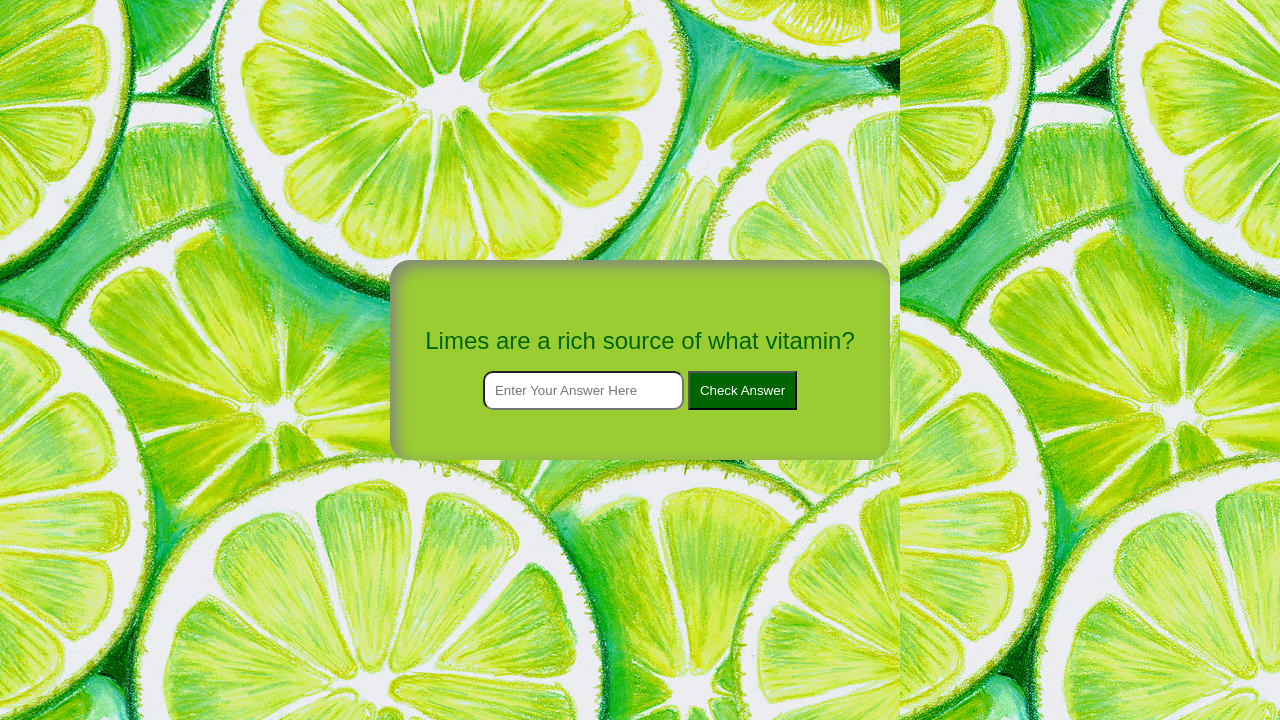
Repository: Joseph061200/Dynamic_Lab2
Page: joseph.html
An editor plug-in stored every save of this project. The page is shown before and after the next save, followed by the edit.
The browser window is 1280 px wide. The pictures show the whole page.

Above is the page before, as saved 2020-02-20 15:57:09.

After the next save:
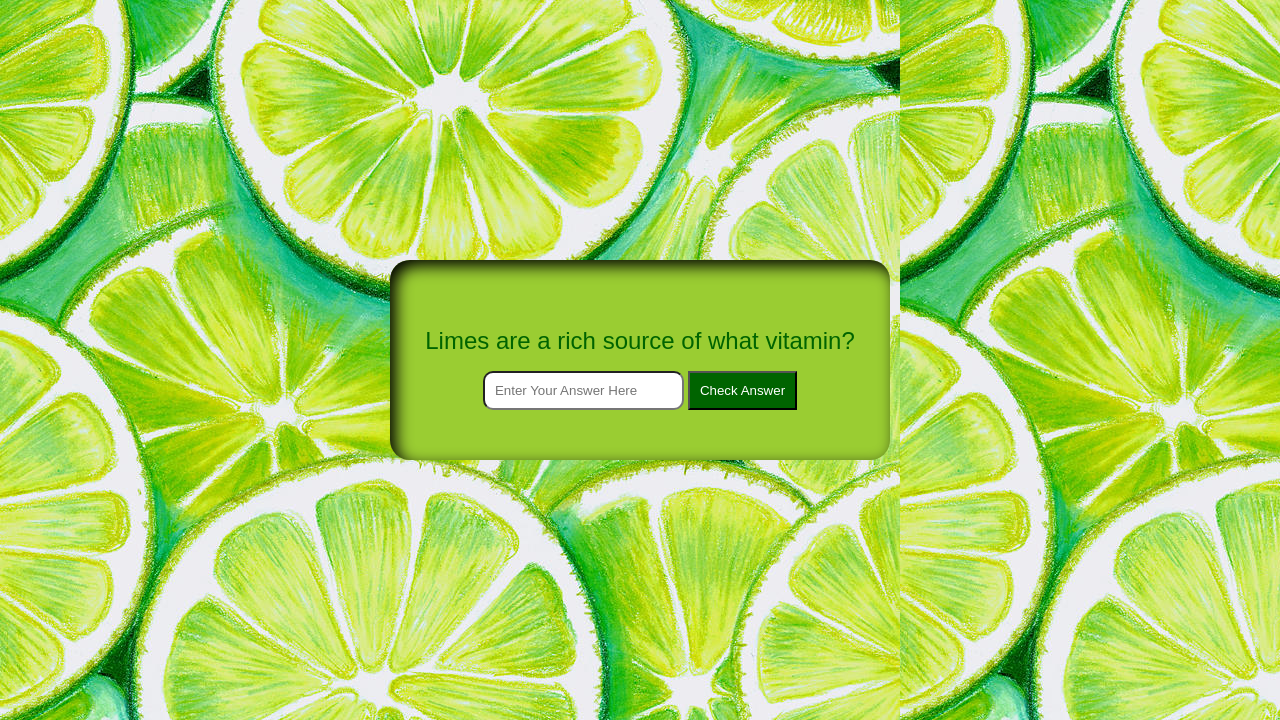
Saved 7 s later.
--- a/joseph.css
+++ b/joseph.css
@@ -19,7 +19,7 @@ body,html {
     align-items: center;
     background-color: yellowgreen;
     border-radius: 20px;
-    box-shadow: inset 6px 6px 16px grey
+    box-shadow: inset 6px 6px 16px black
      /* , inset -6px -6px 16px white; */;
 
 }
